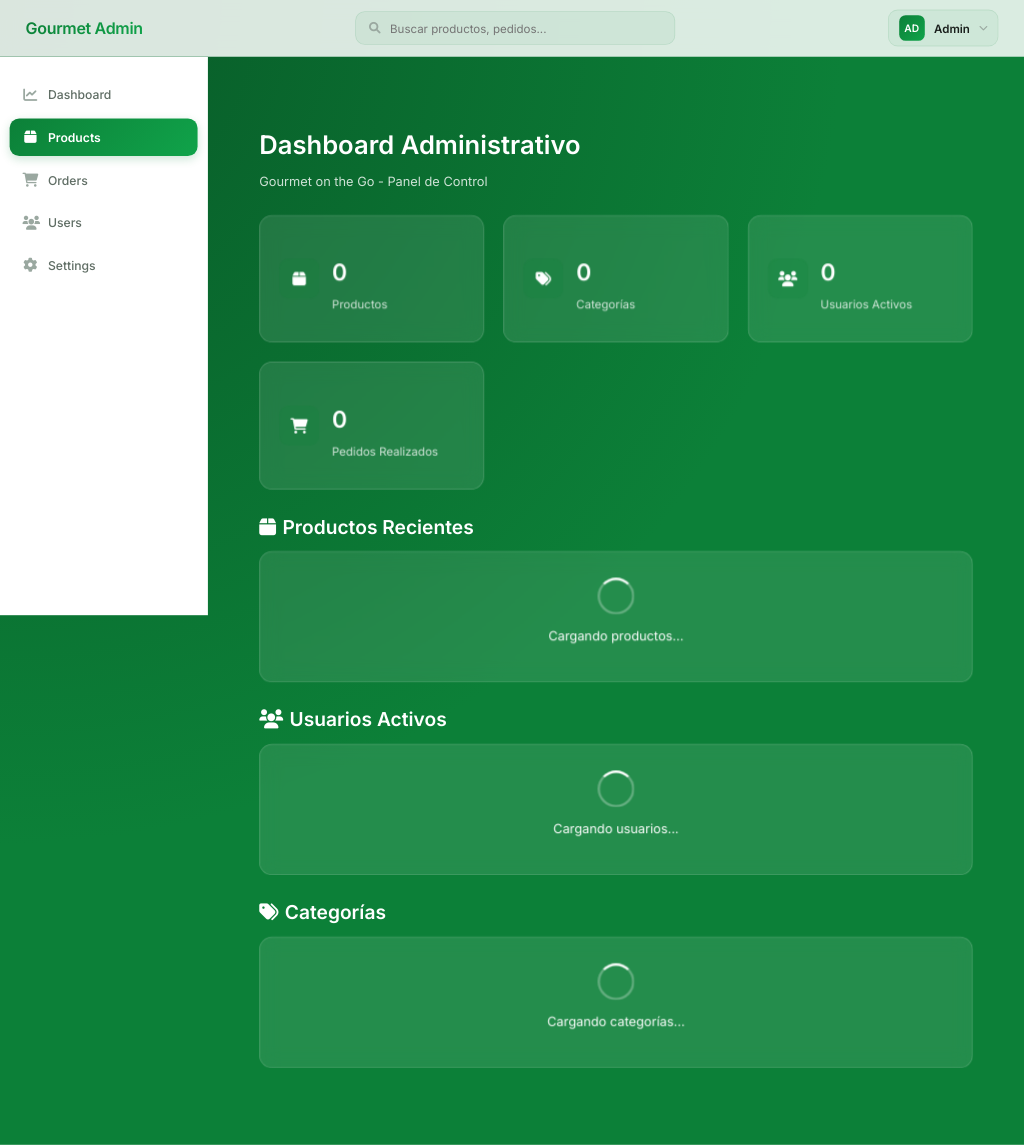
Repository: Kevingedev/Gourmet-on-the-Go
Page: admin/app/dashboard/index.html
The author's editor kept a copy of each file at every save. The page is drawn from the files as they stood at one save, then again after the next save.
The browser window is 1280 px wide. The pictures show the whole page, at 80% of full size.

Above is the page before, as saved 2026-01-14 09:46:15.
Console error: TypeError: Cannot read properties of null (reading 'classList')

### admin/app/dashboard/index.html
<!DOCTYPE html>
<html lang="en">

<head>
    <meta charset="UTF-8">
    <meta name="viewport" content="width=device-width, initial-scale=1.0">
    <title>Admin | Dashboard</title>
    <!-- Fonts and Icons -->
    <link href="https://fonts.googleapis.com/css2?family=Inter:wght@400;500;600&display=swap" rel="stylesheet">
    <link rel="stylesheet" href="https://cdnjs.cloudflare.com/ajax/libs/font-awesome/6.0.0/css/all.min.css">
    <!-- Assets -->
    <link rel="stylesheet" href="../../assets/header.css">
    <link rel="stylesheet" href="../../assets/sidebar.css">
    <style>
        body {
            background: radial-gradient(circle at top left, #085827 0, #0c8038 55%);
            margin: 0;
            padding: 0;
            font-family: 'Inter', sans-serif;
        }

        .dashboard-section {
            padding: 2rem;
            background: transparent;
        }

        .dashboard-section h1 {
            color: white;
            font-size: 2rem;
            font-weight: 600;
            margin-bottom: 0.5rem;
        }

        .dashboard-subtitle {
            color: rgba(255, 255, 255, 0.8);
            font-size: 1rem;
            margin-bottom: 2rem;
        }

        /* Stats Grid */
        .stats-grid {
            display: grid;
            grid-template-columns: repeat(auto-fit, minmax(250px, 1fr));
            gap: 1.5rem;
            margin-bottom: 2rem;
        }

        .stat-card {
            background: rgba(255, 255, 255, 0.1);
            backdrop-filter: blur(12px);
            border: 1px solid rgba(255, 255, 255, 0.2);
            border-radius: 1rem;
            padding: 1.5rem;
            transition: all 0.3s ease;
        }

        .stat-card:hover {
            background: rgba(255, 255, 255, 0.15);
            transform: translateY(-2px);
        }

        .stat-body {
            display: flex;
            align-items: center;
            gap: 1rem;
        }

        .stat-icon {
            width: 50px;
            height: 50px;
            background: rgba(12, 128, 56, 0.2);
            border-radius: 0.75rem;
            display: flex;
            align-items: center;
            justify-content: center;
            color: white;
            font-size: 1.2rem;
        }

        .stat-content h3 {
            color: white;
            font-size: 1.8rem;
            font-weight: 700;
            margin-bottom: 0.25rem;
        }

        .stat-content p {
            color: rgba(255, 255, 255, 0.8);
            font-size: 0.9rem;
        }

        /* Data Lists */
        .data-section {
            margin-bottom: 2rem;
        }

        .data-section h2 {
            color: white;
            font-size: 1.5rem;
            font-weight: 600;
            margin-bottom: 1rem;
            display: flex;
            align-items: center;
            gap: 0.5rem;
        }

        .data-list {
            background: rgba(255, 255, 255, 0.1);
            backdrop-filter: blur(12px);
            border: 1px solid rgba(255, 255, 255, 0.2);
            border-radius: 1rem;
            overflow: hidden;
        }

        .data-item {
            background: rgba(255, 255, 255, 0.05);
            border-bottom: 1px solid rgba(255, 255, 255, 0.1);
            padding: 1rem 1.5rem;
            color: white;
            display: flex;
            justify-content: space-between;
            align-items: center;
            transition: all 0.3s ease;
        }

        .data-item:hover {
            background: rgba(255, 255, 255, 0.1);
        }

        .data-item:last-child {
            border-bottom: none;
        }

        .data-item-info h3 {
            font-size: 1rem;
            font-weight: 600;
            margin-bottom: 0.25rem;
        }

        .data-item-info p {
            font-size: 0.85rem;
            color: rgba(255, 255, 255, 0.7);
        }

        .data-item-actions {
            display: flex;
            gap: 0.5rem;
        }

        .btn-action {
            background: rgba(12, 128, 56, 0.2);
            border: 1px solid rgba(12, 128, 56, 0.3);
            color: white;
            padding: 0.4rem 0.8rem;
            border-radius: 0.4rem;
            font-size: 0.8rem;
            cursor: pointer;
            transition: all 0.3s ease;
        }

        .btn-action:hover {
            background: rgba(12, 128, 56, 0.3);
        }

        .btn-action.edit {
            background: rgba(59, 130, 246, 0.2);
            border-color: rgba(59, 130, 246, 0.3);
        }

        .btn-action.edit:hover {
            background: rgba(59, 130, 246, 0.3);
        }

        .btn-action.delete {
            background: rgba(239, 68, 68, 0.2);
            border-color: rgba(239, 68, 68, 0.3);
        }

        .btn-action.delete:hover {
            background: rgba(239, 68, 68, 0.3);
        }

        /* Loading and Error States */
        .loading {
            text-align: center;
            padding: 2rem;
            color: white;
        }

        .spinner {
            width: 40px;
            height: 40px;
            border: 3px solid rgba(255, 255, 255, 0.3);
            border-top: 3px solid white;
            border-radius: 50%;
            animation: spin 1s linear infinite;
            margin: 0 auto 1rem;
        }

        @keyframes spin {
            0% { transform: rotate(0deg); }
            100% { transform: rotate(360deg); }
        }

        .error {
            background: rgba(244, 96, 76, 0.1);
            border: 1px solid rgba(244, 96, 76, 0.3);
            border-radius: 0.75rem;
            padding: 1.5rem;
            text-align: center;
            color: white;
        }

        .error.hidden {
            display: none;
        }

        .no-data {
            text-align: center;
            padding: 2rem;
            color: rgba(255, 255, 255, 0.7);
        }
    </style>
</head>

<body>
    <header id="header"></header>
    <aside id="sidebar"></aside>
    <main id="main">
        <section class="dashboard-section">
            <h1>Dashboard Administrativo</h1>
            <p class="dashboard-subtitle">Gourmet on the Go - Panel de Control</p>

            <div class="stats-grid">
                <!-- Products Card -->
                <div class="stat-card products">
                    <div class="stat-body">
                        <div class="stat-icon">
                            <i class="fas fa-box"></i>
                        </div>
                        <div class="stat-content">
                            <h3 id="products-count">0</h3>
                            <p>Productos</p>
                        </div>
                    </div>
                </div>

                <!-- Categories Card -->
                <div class="stat-card categories">
                    <div class="stat-body">
                        <div class="stat-icon">
                            <i class="fas fa-tags"></i>
                        </div>
                        <div class="stat-content">
                            <h3 id="categories-count">0</h3>
                            <p>Categorías</p>
                        </div>
                    </div>
                </div>

                <!-- Users Card -->
                <div class="stat-card users">
                    <div class="stat-body">
                        <div class="stat-icon">
                            <i class="fas fa-users"></i>
                        </div>
                        <div class="stat-content">
                            <h3 id="users-count">0</h3>
                            <p>Usuarios Activos</p>
                        </div>
                    </div>
                </div>

                <!-- Orders Card -->
                <div class="stat-card orders">
                    <div class="stat-body">
                        <div class="stat-icon">
                            <i class="fas fa-shopping-cart"></i>
                        </div>
                        <div class="stat-content">
                            <h3 id="orders-count">0</h3>
                            <p>Pedidos Realizados</p>
                        </div>
                    </div>
                </div>
            </div>

            <!-- Products List -->
            <div class="data-section">
                <h2><i class="fas fa-box"></i> Productos Recientes</h2>
                <div class="data-list" id="products-list">
                    <div class="loading">
                        <div class="spinner"></div>
                        <p>Cargando productos...</p>
                    </div>
                </div>
            </div>

            <!-- Users List -->
            <div class="data-section">
                <h2><i class="fas fa-users"></i> Usuarios Activos</h2>
                <div class="data-list" id="users-list">
                    <div class="loading">
                        <div class="spinner"></div>
                        <p>Cargando usuarios...</p>
                    </div>
                </div>
            </div>

            <!-- Categories List -->
            <div class="data-section">
                <h2><i class="fas fa-tags"></i> Categorías</h2>
                <div class="data-list" id="categories-list">
                    <div class="loading">
                        <div class="spinner"></div>
                        <p>Cargando categorías...</p>
                    </div>
                </div>
            </div>

            <!-- Error State -->
            <div id="error" class="error hidden">
                <i class="fas fa-exclamation-triangle"></i>
                <span>Error al cargar los datos. Por favor, verifica que el servidor esté corriendo.</span>
            </div>
        </section>
    </main>

    <!-- Components -->
    <script src="../../components/Header.js"></script>
    <script src="../../components/SideBar.js"></script>
    <script src="dashboard.js"></script>
</body>

</html>

### admin/assets/header.css
/* admin/assets/header.css */

/* Variables - Inspiradas en admin-two para un look premium */
:root {
    --admin-primary: #0c8038;
    --admin-primary-light: #10a34a;
    --admin-primary-50: rgba(12, 128, 56, 0.05);
    --admin-primary-100: rgba(12, 128, 56, 0.1);
    --admin-surface: #ffffff;
    --admin-text: #1a1f1c;
    --admin-text-secondary: #5f6d64;
    --admin-text-muted: #9aa8a0;
    --admin-border: rgba(12, 128, 56, 0.12);
    --header-height: 70px;
    --header-bg: rgba(255, 255, 255, 0.85);
    --admin-radius-md: 0.5rem;
    --admin-radius-lg: 0.75rem;
    --admin-shadow-sm: 0 2px 4px rgba(12, 128, 56, 0.06);
    --admin-shadow-md: 0 4px 12px rgba(12, 128, 56, 0.08);
}

header {
    background: var(--header-bg);
    backdrop-filter: blur(12px);
    -webkit-backdrop-filter: blur(12px);
    height: var(--header-height);
    display: flex;
    align-items: center;
    justify-content: space-between;
    padding: 0 2rem;
    color: var(--admin-text);
    border-bottom: 1px solid var(--admin-border);
    position: sticky;
    top: 0;
    z-index: 1000;
    transition: all 0.3s ease;
}

.header-logo {
    display: flex;
    align-items: center;
    gap: 0.75rem;
    font-size: 1.25rem;
    font-weight: 700;
    color: var(--admin-primary);
    transition: transform 0.3s ease;
    cursor: pointer;
}

.header-logo:hover {
    transform: translateY(-1px);
}

.header-logo i {
    font-size: 1.5rem;
    filter: drop-shadow(0 2px 4px rgba(12, 128, 56, 0.2));
}

.header-logo span {
    background: linear-gradient(135deg, var(--admin-primary) 0%, var(--admin-primary-light) 100%);
    -webkit-background-clip: text;
    background-clip: text;
    -webkit-text-fill-color: transparent;
    letter-spacing: -0.02em;
}

.header-nav {
    display: flex;
    gap: 1.5rem;
    align-items: center;
}

/* Search Bar Styles */
.header-search {
    flex: 1;
    max-width: 400px;
    margin: 0 2rem;
}

.search-wrapper {
    position: relative;
    display: flex;
    align-items: center;
    background: var(--admin-primary-50);
    border: 1px solid var(--admin-border);
    border-radius: var(--admin-radius-lg);
    padding: 0 1rem;
    transition: all 0.3s ease;
}

.search-wrapper:focus-within {
    background: var(--admin-surface);
    border-color: var(--admin-primary);
    box-shadow: var(--admin-shadow-sm);
}

.search-wrapper i {
    color: var(--admin-text-muted);
    font-size: 0.9rem;
    margin-right: 0.75rem;
}

.search-wrapper input {
    border: none;
    background: transparent;
    padding: 0.7rem 0;
    width: 100%;
    outline: none;
    font-size: 0.9rem;
    color: var(--admin-text);
    font-family: inherit;
}

/* User Dropdown Styles */
.user-dropdown {
    position: relative;
}

.user-profile {
    display: flex;
    align-items: center;
    gap: 0.75rem;
    padding: 0.4rem 0.8rem;
    background: var(--admin-primary-50);
    border: 1px solid var(--admin-primary-100);
    border-radius: var(--admin-radius-lg);
    cursor: pointer;
    transition: all 0.3s ease;
}

.user-profile:hover {
    background: var(--admin-primary-100);
}

.user-profile i {
    font-size: 0.7rem;
    color: var(--admin-text-muted);
    transition: transform 0.3s ease;
}

.user-avatar {
    width: 32px;
    height: 32px;
    background: linear-gradient(135deg, var(--admin-primary) 0%, var(--admin-primary-light) 100%);
    border-radius: 8px;
    display: flex;
    align-items: center;
    justify-content: center;
    color: white;
    font-weight: 700;
    font-size: 0.8rem;
}

.user-name {
    font-size: 0.9rem;
    font-weight: 600;
    color: var(--admin-text);
}

/* Dropdown Menu */
.dropdown-menu {
    position: absolute;
    top: calc(100% + 10px);
    right: 0;
    width: 200px;
    background: var(--admin-surface);
    border: 1px solid var(--admin-border);
    border-radius: var(--admin-radius-lg);
    box-shadow: var(--admin-shadow-md);
    padding: 0.5rem;
    opacity: 0;
    visibility: hidden;
    transform: translateY(10px);
    transition: all 0.3s cubic-bezier(0.4, 0, 0.2, 1);
    z-index: 1001;
}

.dropdown-menu.show {
    opacity: 1;
    visibility: visible;
    transform: translateY(0);
}

.dropdown-menu a {
    display: flex;
    align-items: center;
    gap: 0.75rem;
    padding: 0.75rem 1rem;
    text-decoration: none;
    color: var(--admin-text-secondary);
    font-size: 0.9rem;
    border-radius: var(--admin-radius-md);
    transition: all 0.2s ease;
}

.dropdown-menu a:hover {
    background: var(--admin-primary-50);
    color: var(--admin-primary);
    transform: translateX(4px);
}

.dropdown-menu hr {
    border: 0;
    border-top: 1px solid var(--admin-border);
    margin: 0.5rem 0;
    opacity: 0.5;
}

.dropdown-menu a.logout-link:hover {
    background: #fff5f5;
    color: #e53e3e;
}

/* Responsive adjustments */
@media (max-width: 768px) {
    .header-search {
        display: none;
        /* Hide search on medium screens, can be revealed via icon */
    }

    .user-name {
        display: none;
    }
}

/* Responsive fixes */
@media (max-width: 1024px) {
    header {
        padding: 0 1.5rem;
    }
}

@media (max-width: 768px) {
    header {
        padding: 0 1rem;
    }

    .header-logo span {
        display: none;
    }

    .user-name {
        display: none;
    }

    .user-profile {
        padding: 0.4rem;
    }
}

@media (max-width: 480px) {
    .logout-btn {
        padding: 0.5rem 1rem;
        font-size: 0.8rem;
    }
}

### admin/assets/sidebar.css
/* admin/assets/sidebar.css */

:root {
    --sidebar-width: 260px;
    --admin-primary: #0c8038;
    --admin-primary-light: #10a34a;
    --admin-primary-50: rgba(12, 128, 56, 0.05);
    --admin-primary-100: rgba(12, 128, 56, 0.1);
    --admin-surface: #ffffff;
    --admin-text: #1a1f1c;
    --admin-text-secondary: #5f6d64;
    --admin-text-muted: #9aa8a0;
    --admin-border: rgba(12, 128, 56, 0.12);
    --admin-radius-lg: 0.75rem;
    --header-height: 70px;
}

/* Layout Setup */
body {
    display: grid;
    grid-template-areas:
        "header header"
        "sidebar main";
    grid-template-columns: var(--sidebar-width) 1fr;
    grid-template-rows: auto 1fr;
    min-height: 100vh;
    margin: 0;
    background-color: #f8f9fa;
    font-family: 'Inter', sans-serif;
}

#header {
    grid-area: header;
}

aside {
    grid-area: sidebar;
    background-color: var(--admin-surface);
    border-right: 1px solid var(--admin-border);
    padding: 1.5rem 0.75rem;
    height: calc(100vh - var(--header-height));
    position: sticky;
    top: var(--header-height);
    z-index: 900;
}

#main {
    grid-area: main;
    padding: 2rem;
    overflow-y: auto;
}

.sidebar-menu {
    list-style: none;
    padding: 0;
    margin: 0;
    display: flex;
    flex-direction: column;
    gap: 0.4rem;
}

.sidebar-menu a {
    text-decoration: none;
    color: var(--admin-text-secondary);
    display: flex;
    align-items: center;
    padding: 0.875rem 1rem;
    border-radius: var(--admin-radius-lg);
    font-weight: 500;
    font-size: 0.95rem;
    transition: all 0.3s ease;
    position: relative;
}

.sidebar-menu a::before {
    content: '';
    position: absolute;
    inset: 0;
    background: var(--admin-primary-50);
    border-radius: inherit;
    opacity: 0;
    transition: opacity 0.2s ease;
}

.sidebar-menu a:hover::before {
    opacity: 1;
}

.sidebar-menu a:hover {
    color: var(--admin-primary);
    transform: translateX(4px);
}

.sidebar-menu a.active {
    background: linear-gradient(135deg, var(--admin-primary) 0%, var(--admin-primary-light) 100%);
    color: #ffffff;
    font-weight: 600;
    box-shadow: 0 4px 12px rgba(12, 128, 56, 0.2);
}

.sidebar-menu i {
    margin-right: 12px;
    font-size: 1.1rem;
    color: var(--admin-text-muted);
    width: 20px;
    text-align: center;
}

.sidebar-menu a.active i {
    color: #ffffff;
}

/* --- Full Responsive --- */
@media (max-width: 1024px) {
    :root {
        --sidebar-width: 220px;
    }
}

@media (max-width: 768px) {
    body {
        grid-template-areas:
            "header"
            "main"
            "sidebar";
        grid-template-columns: 1fr;
        grid-template-rows: auto 1fr auto;
    }

    aside {
        position: fixed;
        bottom: 0;
        left: 0;
        top: auto;
        width: 100%;
        height: 70px;
        padding: 0.5rem;
        border-right: none;
        border-top: 1px solid var(--admin-border);
        box-shadow: 0 -4px 15px rgba(0, 0, 0, 0.05);
        display: flex;
        align-items: center;
        justify-content: center;
    }

    .sidebar-menu {
        flex-direction: row;
        gap: 0.5rem;
        width: 100%;
        max-width: 500px;
        justify-content: space-around;
        padding-bottom: env(safe-area-inset-bottom);
    }

    .sidebar-menu a {
        flex-direction: column;
        padding: 0.5rem;
        font-size: 0.75rem;
        gap: 4px;
        text-align: center;
    }

    .sidebar-menu a:hover {
        transform: none;
    }

    .sidebar-menu i {
        margin-right: 0;
        font-size: 1.2rem;
    }

    #main {
        padding: 1.5rem;
        margin-bottom: 70px;
        /* Space for the bottom sidebar */
    }
}

@media (max-width: 480px) {
    .sidebar-menu a span {
        display: none;
        /* Icon icons only on very small screens */
    }

    .sidebar-menu a {
        padding: 0.8rem;
    }

    .sidebar-menu i {
        font-size: 1.4rem;
    }
}

### admin/components/Header.js
/* admin/components/Header.js */
const Header = {
    init: function () {
        this.render();
        this.bindEvents();
    },

    render: function () {
        const headerElement = document.getElementById('header');
        if (!headerElement) return;

        headerElement.innerHTML = `
            <div class="header-logo">

                <span>Gourmet Admin</span>
            </div>

            <div class="header-search">
                <div class="search-wrapper">
                    <i class="fas fa-search"></i>
                    <input type="text" placeholder="Buscar productos, pedidos..." id="searchInput">
                </div>
            </div>

            <div class="header-nav">
                <div class="user-dropdown">
                    <div class="user-profile" id="userProfileBtn">
                        <div class="user-avatar">AD</div>
                        <span class="user-name">Admin</span>
                        <i class="fas fa-chevron-down"></i>
                    </div>
                    <div class="dropdown-menu" id="userDropdownMenu">
                        <a href="#"><i class="fas fa-user-circle"></i> Mi Perfil</a>
                        <a href="#"><i class="fas fa-cog"></i> Configuración</a>
                        <hr>
                        <a href="#" onclick="Header.handleLogout()" class="logout-link">
                            <i class="fas fa-sign-out-alt"></i> Cerrar Sesión
                        </a>
                    </div>
                </div>
            </div>
        `;
    },

    bindEvents: function () {
        const profileBtn = document.getElementById('userProfileBtn');
        const dropdownMenu = document.getElementById('userDropdownMenu');

        if (profileBtn && dropdownMenu) {
            profileBtn.addEventListener('click', (e) => {
                e.stopPropagation();
                dropdownMenu.classList.toggle('show');
            });

            document.addEventListener('click', () => {
                dropdownMenu.classList.remove('show');
            });
        }
    },

    handleLogout: function () {
        console.log('Logging out...');
        // Add logout logic here
    }
};

document.addEventListener('DOMContentLoaded', () => Header.init());

### admin/components/SideBar.js
/* admin/components/SideBar.js */
const Sidebar = {
    menuItems: [
        { label: 'Dashboard', icon: 'fas fa-chart-line', link: '../dashboard/index.html' },
        { label: 'Products', icon: 'fas fa-box', link: '../products/index.html', active: true },
        { label: 'Orders', icon: 'fas fa-shopping-cart', link: '../orders/index.html' },
        { label: 'Users', icon: 'fas fa-users', link: '../users/index.html' },
        { label: 'Settings', icon: 'fas fa-cog', link: '#settings' }
    ],

    init: function () {
        this.render();
    },

    render: function () {
        const sidebarElement = document.getElementById('sidebar');
        if (!sidebarElement) return;

        const navItemsHTML = this.menuItems.map(item => `
            <li>
                <a href="${item.link}" class="${item.active ? 'active' : ''}">
                    <i class="${item.icon}"></i>
                    <span>${item.label}</span>
                </a>
            </li>
        `).join('');

        sidebarElement.innerHTML = `
            <ul class="sidebar-menu">
                ${navItemsHTML}
            </ul>
        `;
    }
};

document.addEventListener('DOMContentLoaded', () => Sidebar.init());

Loaded but not shown: admin/app/dashboard/dashboard.js (363 lines, source omitted)

After the next save:
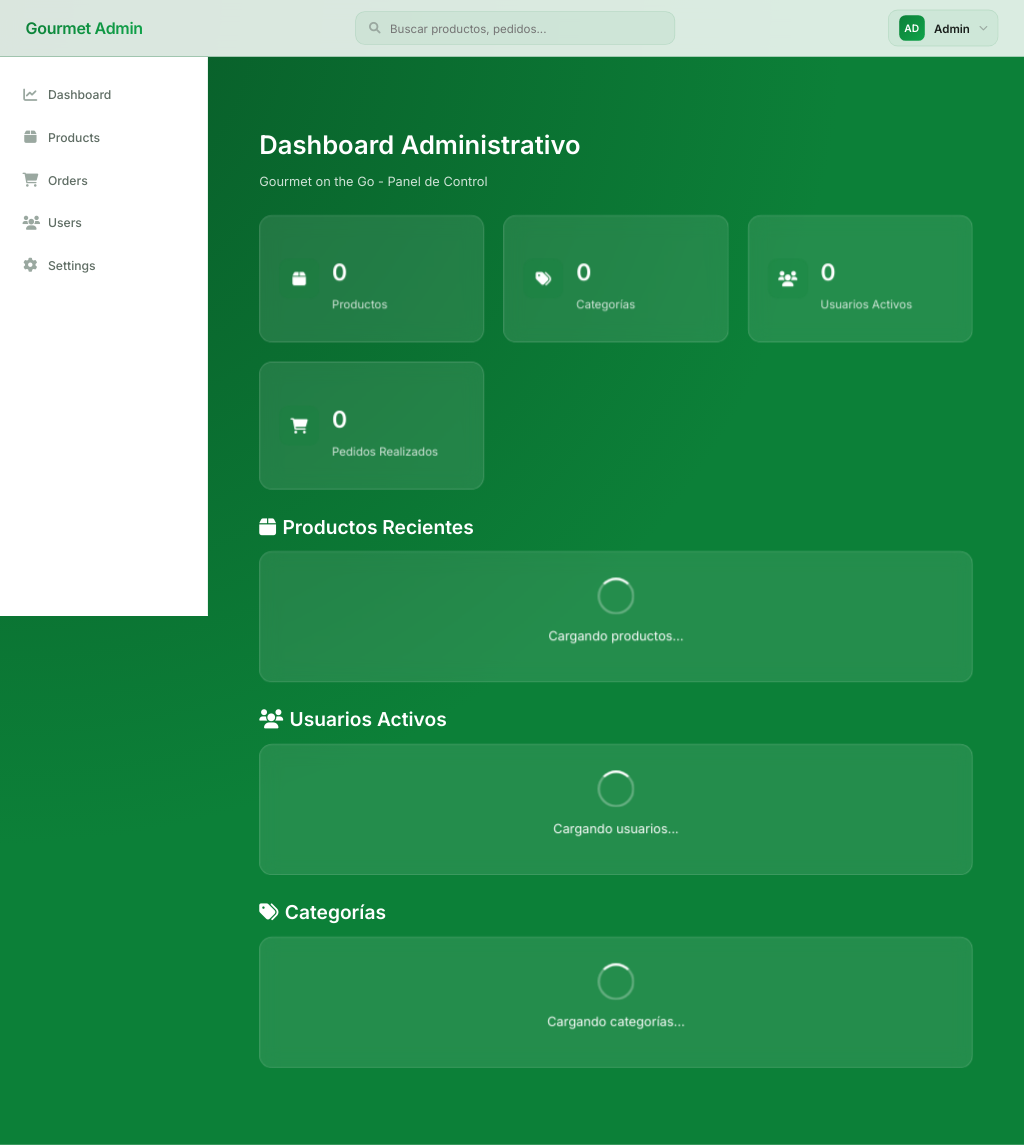
Saved 107 s later.
--- a/admin/components/SideBar.js
+++ b/admin/components/SideBar.js
@@ -2,7 +2,7 @@
 const Sidebar = {
     menuItems: [
         { label: 'Dashboard', icon: 'fas fa-chart-line', link: '../dashboard/index.html' },
-        { label: 'Products', icon: 'fas fa-box', link: '../products/index.html', active: true },
+        { label: 'Products', icon: 'fas fa-box', link: '../products/index.html', active: false },
         { label: 'Orders', icon: 'fas fa-shopping-cart', link: '../orders/index.html' },
         { label: 'Users', icon: 'fas fa-users', link: '../users/index.html' },
         { label: 'Settings', icon: 'fas fa-cog', link: '#settings' }
